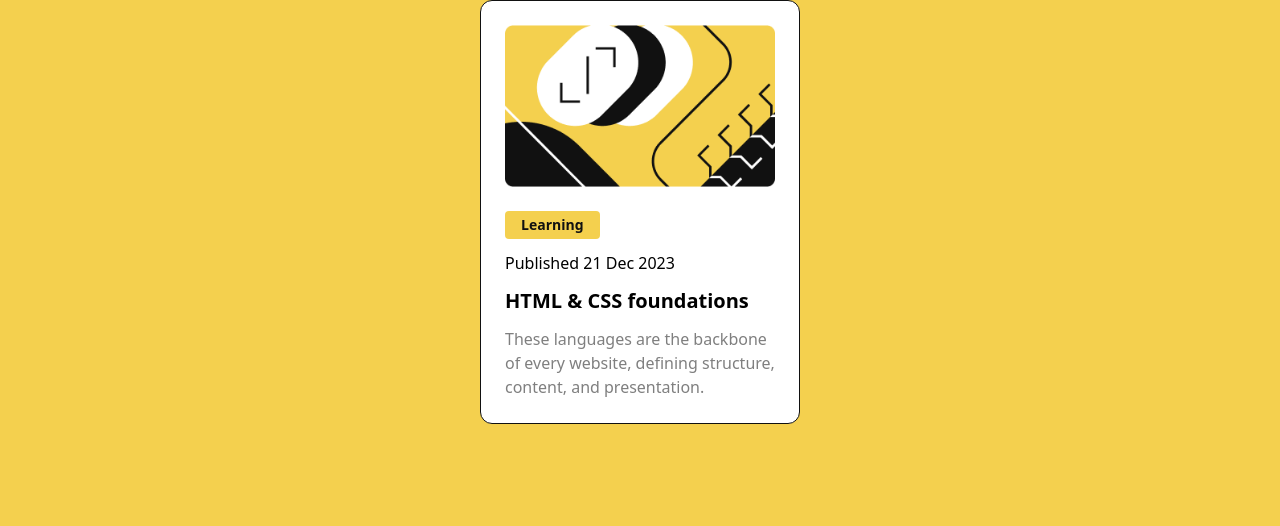
Repository: orcunelektirikci/fe-mentor-blogprev
Page: index.html
An editor plug-in stored every save of this project. The page is shown before and after the next save, followed by the edit.
The browser window is 1280 px wide. The pictures show the whole page.
Some web libraries are served in a nearby version.

Above is the page before, as saved 2024-04-12 16:55:03.

### index.html
<!DOCTYPE html>
<html lang="en">
<head>
    <meta charset="UTF-8">
    <meta name="viewport" content="width=device-width, initial-scale=1.0">
    <title>Blog Preview</title>
    <link rel="stylesheet" href="assets/css/style.css">
    <script src="https://cdn.tailwindcss.com"></script>

</head>
<body class="bg-yellow flex items-center justify-center">

    <div class="bg-white border-[1px] rounded-xl border-black p-6 flex flex-col space-y-6 w-3/12">
        <img src="assets/img/blogimage.png" alt="">
        <div class="space-y-3">
            <button class="bg-yellow rounded font-semibold text-black text-sm py-1 px-4 max-w-min" type="button">Learning</button>
            <p class="text-md">Published 21 Dec 2023</p>
            <h2 class="font-bold text-xl">HTML & CSS foundations</h2>
            <p class="text-grey">These languages are the backbone of every website, defining structure, content, and presentation.</p>
        </div>

    </div>

    <script src="/assets/js/main.js"></script>
</body>
</html>

### assets/css/style.css
@layer base {
    @font-face {
        font-family: 'Outfit';
        font-optical-sizing: auto;
        src: url('https://fonts.googleapis.com/css2?family=Figtree:ital,wght@0,300..900;1,300..900&display=swap');
    }
}

### assets/js/main.js
   tailwind.config = {
      theme: {
        fontFamily: {
          body: 'Figtree, sans-serif'
        },
        extend: {
          colors: {
            black: '#111',
            yellow: '#F4D04E',
            grey: '#7F7F7F',
            white: '#fff'
          }
        }
      }
    }

After the next save:
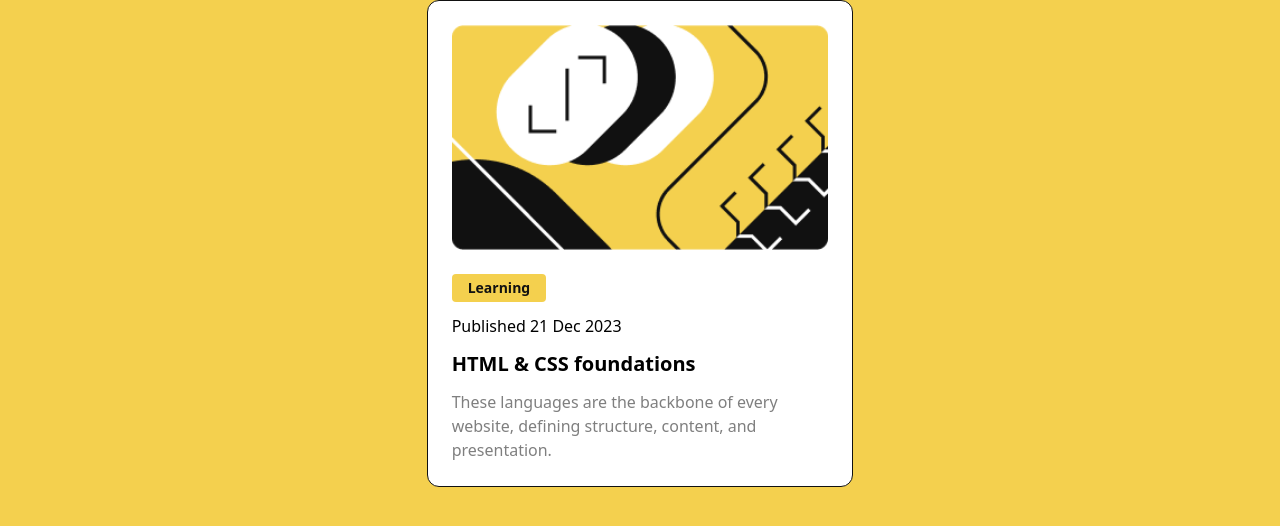
Saved 20 s later.
--- a/index.html
+++ b/index.html
@@ -10,7 +10,7 @@
 </head>
 <body class="bg-yellow flex items-center justify-center">
 
-    <div class="bg-white border-[1px] rounded-xl border-black p-6 flex flex-col space-y-6 w-3/12">
+    <div class="bg-white border-[1px] rounded-xl border-black p-6 flex flex-col space-y-6 w-4/12">
         <img src="assets/img/blogimage.png" alt="">
         <div class="space-y-3">
             <button class="bg-yellow rounded font-semibold text-black text-sm py-1 px-4 max-w-min" type="button">Learning</button>
